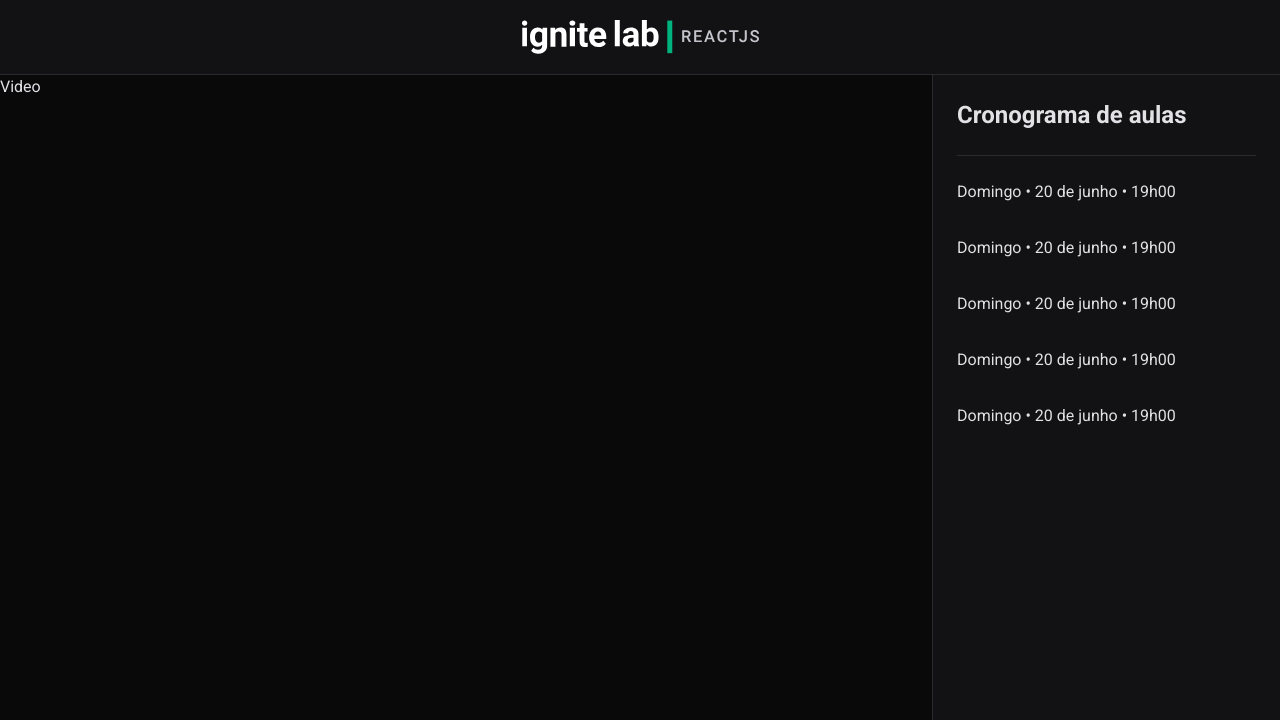
Repository: XFERRER7/Ignite-lab
Page: /
These files come from the project's save history. The page is drawn as it stood at one moment and after the next save; the edit follows.
The browser window is 1280 px wide. The pictures show the whole page.
The project was rebuilt for these pictures with package versions that can differ from the ones it lists, and the page was loaded fresh each time. Also part of the build but not shown: vite.config.ts.

Above is the page before, as saved 2022-06-23 07:15:23.

After the next save:
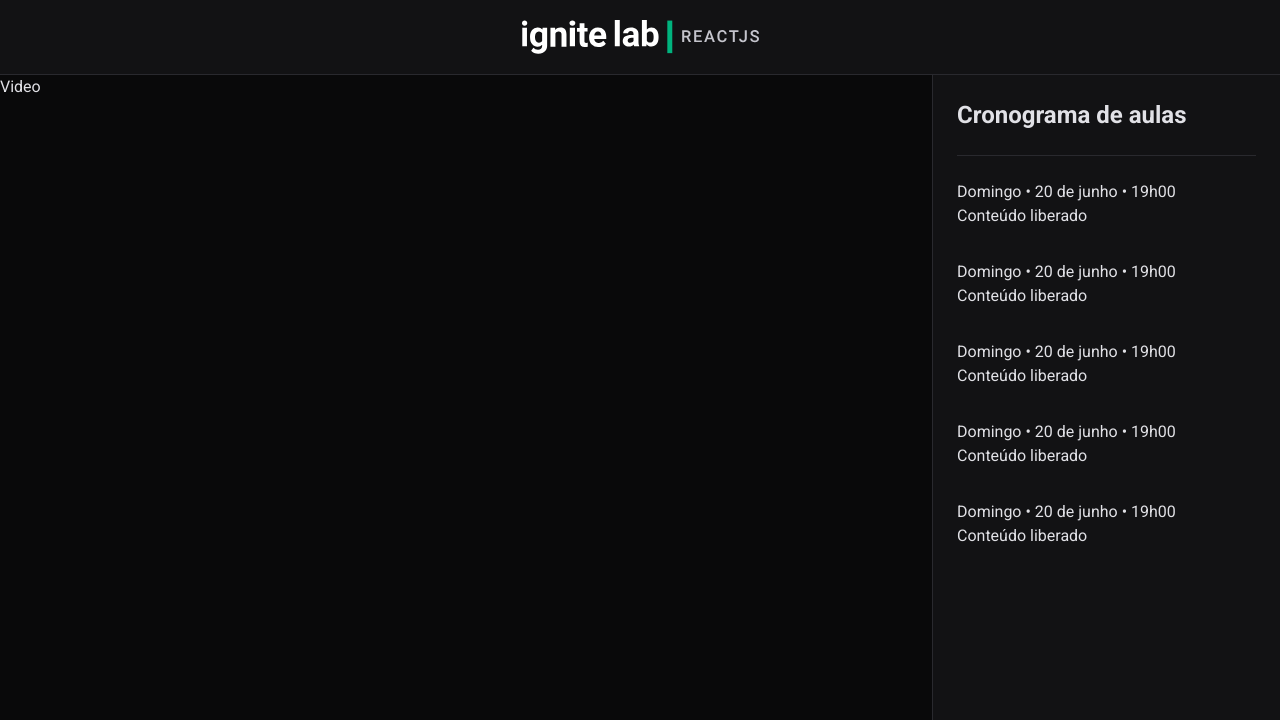
Saved 10 s later.
--- a/src/components/Lesson.tsx
+++ b/src/components/Lesson.tsx
@@ -8,7 +8,7 @@
       </span>
       <div>
         <span>
-
+        Conteúdo liberado
         </span>
       </div>
     </div>
